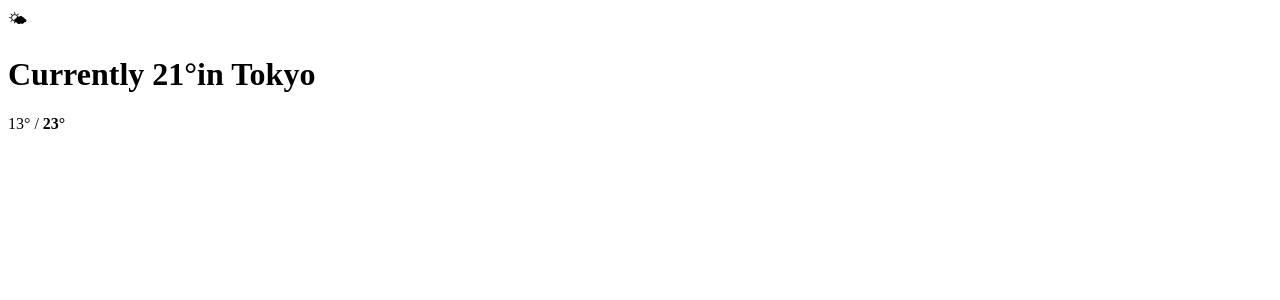
Repository: onalennaleso/empty
Page: homework.html
These files come from the project's save history. The page is drawn as it stood at one moment and after the next save; the edit follows.
The browser window is 1280 px wide. The pictures show the whole page.

Above is the page before, as saved 2024-02-02 00:45:51.

### homework.html
<!DOCTYPE html>
<html lang="en">

<head>
    <meta charset="UTF-8">
    <meta name="viewport" content="width=>, initial-scale=1.0">
    <title>Weather demo</title>
</head>
&#127780;

<body>
    <h1>
        Currently 21&deg;in Tokyo
    </h1>
    <p> 13&deg; / <strong> 23&deg; </strong></p>
</body>

</html>

After the next save:
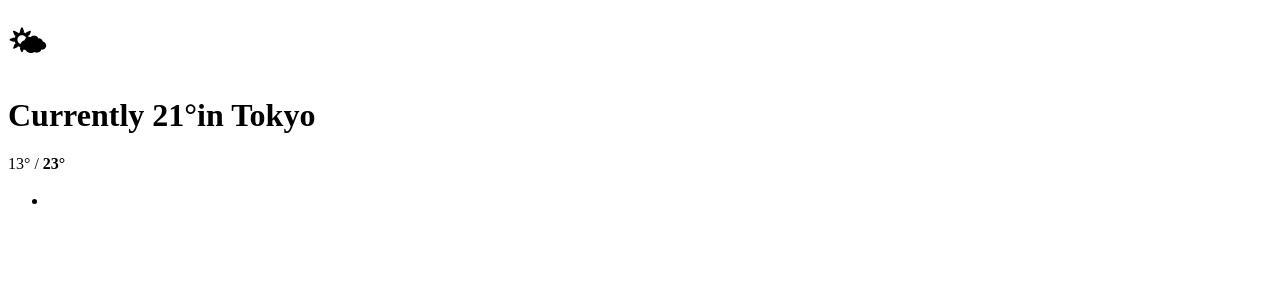
Saved 4 min 2 s later.
--- a/homework.html
+++ b/homework.html
@@ -6,13 +6,22 @@
     <meta name="viewport" content="width=>, initial-scale=1.0">
     <title>Weather demo</title>
 </head>
-&#127780;
 
 <body>
+    <h1>
+        🌤
+    </h1>
     <h1>
         Currently 21&deg;in Tokyo
     </h1>
     <p> 13&deg; / <strong> 23&deg; </strong></p>
+    <ul>
+        <li>
+            <h3>
+
+            </h3>
+        </li>
+    </ul>
 </body>
 
 </html>
